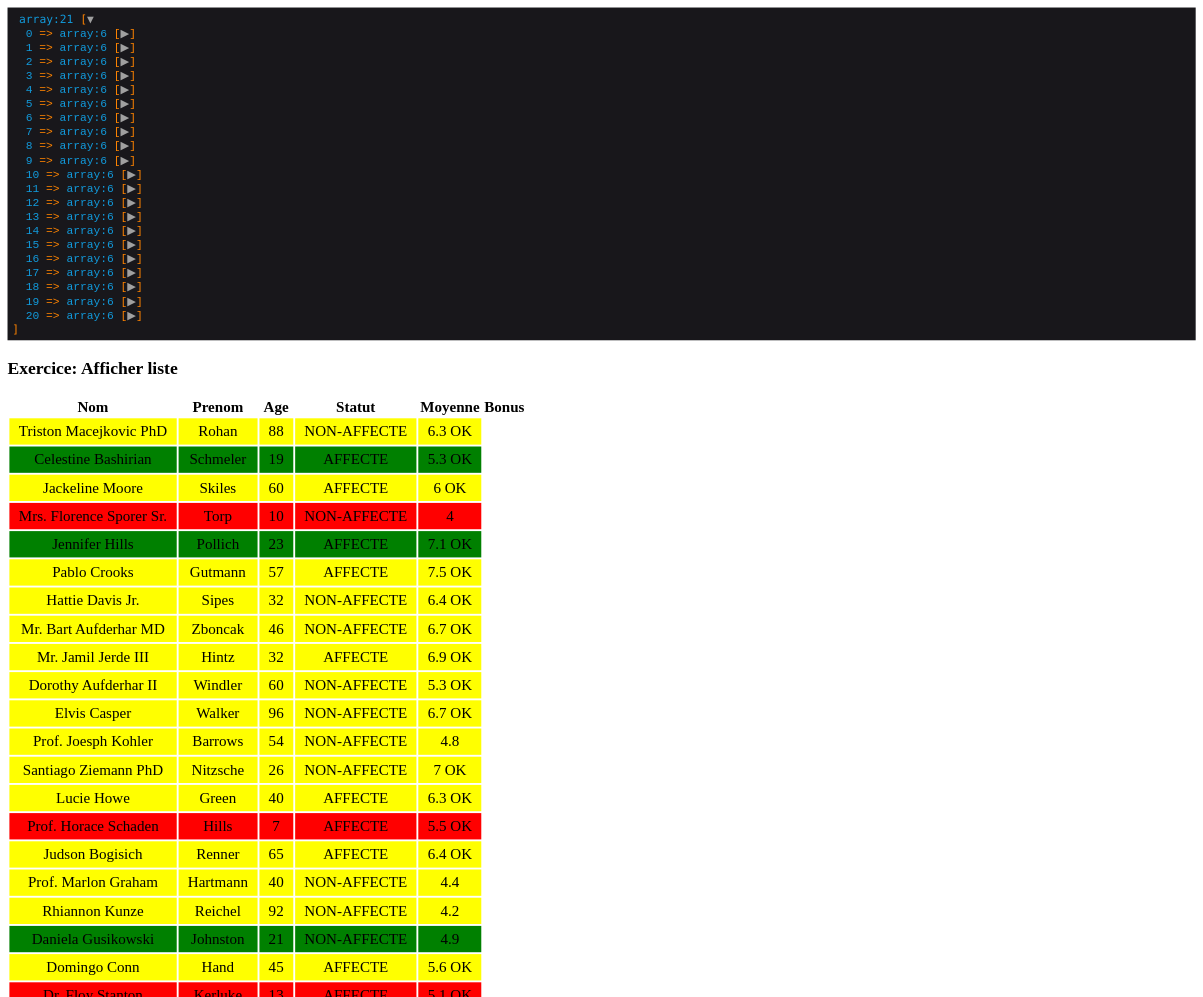
Repository: Bfabien99/PHPREPO
Page: http://localhost/
An editor plug-in stored every save of this project. The page is shown before and after a run of saves, followed by the edit.
The browser window is 1280 px wide. The pictures show the whole page, at 94% of full size.
The page is run by PHP 8.4 with error messages shown; the project is at /var/www/html/.

Above is the page before, as saved 2021-12-10 12:26:07.

After the next 2 saves:
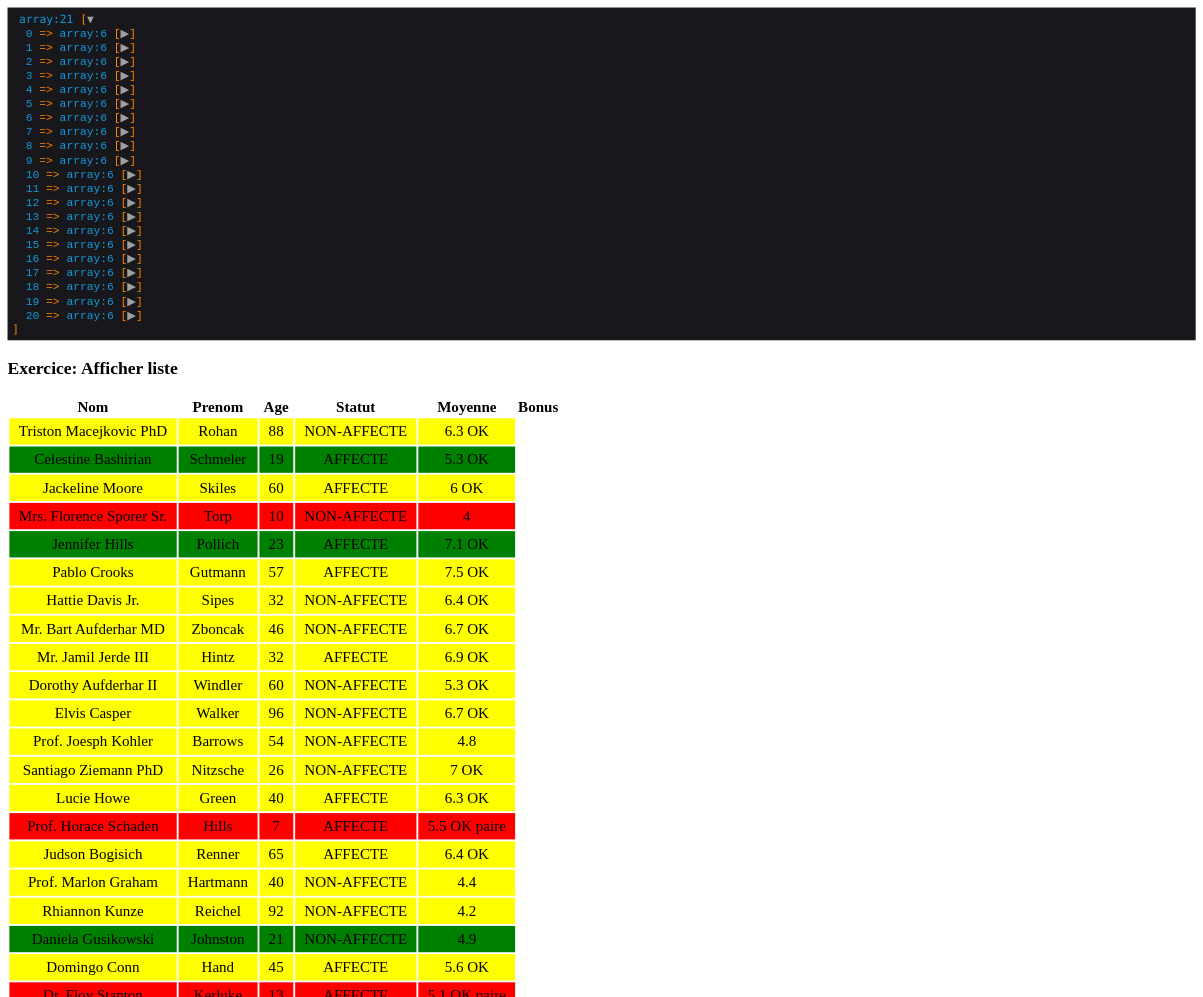
The 2 saves are shown as one change because they came seconds apart.
The last was saved 43 s later.
--- a/MakeFakeData/src/index.php
+++ b/MakeFakeData/src/index.php
@@ -102,7 +102,7 @@ function paire ($moy){
                 <td><?=$value["prenom"]?></td>
                 <td><?= $value["age"] ?></td>
                 <td><?= $value["statut"] ?></td>
-				<td><?= $moy ?> <span class="<?= admis($moy) ?>" > OK </span> </td>
+				<td><?= $moy ?> <span class="<?= admis($moy) ?>" > OK </span> <span class="<?= admis($moy) ?>" > paire </span></td>
             </tr>
 			<?php break;
 				case ($age > 18 && $age < 25):
